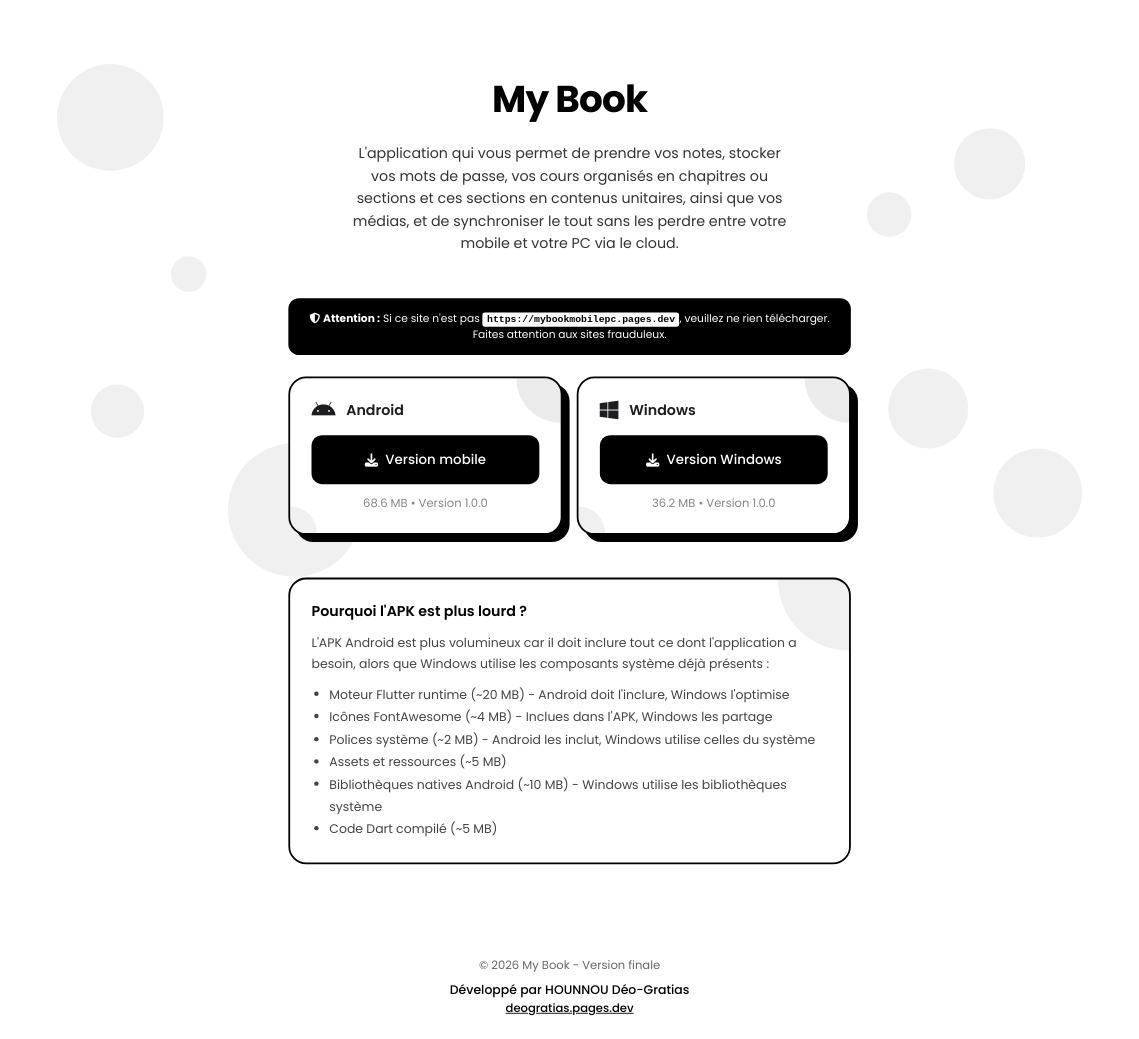
Repository: Deogratiasdev/app
Page: test.html
An editor plug-in stored every save of this project. The page is shown before and after the next save, followed by the edit.
The browser window is 1280 px wide. The pictures show the whole page, at 89% of full size.

Above is the page before, as saved 2026-04-12 00:24:17.

### test.html
<!DOCTYPE html>
<html lang="fr">
<head>
    <meta charset="UTF-8">
    <meta name="viewport" content="width=device-width, initial-scale=1.0">
    <title>My Book - Téléchargement</title>
    <link rel="preconnect" href="https://fonts.googleapis.com">
    <link rel="preconnect" href="https://fonts.gstatic.com" crossorigin>
    <link href="https://fonts.googleapis.com/css2?family=Poppins:wght@300;400;500;600;700&display=swap" rel="stylesheet">
    <link rel="stylesheet" href="https://cdnjs.cloudflare.com/ajax/libs/font-awesome/6.4.0/css/all.min.css">
    <style>
        * {
            margin: 0;
            padding: 0;
            box-sizing: border-box;
        }
        body {
            font-family: 'Poppins', sans-serif;
            background: #ffffff;
            color: #000000;
            line-height: 1.5;
            min-height: 100vh;
            display: flex;
            flex-direction: column;
        }
        .container {
            max-width: 680px;
            margin: 0 auto;
            padding: 80px 24px;
            flex: 1;
        }
        .header {
            text-align: center;
            margin-bottom: 48px;
        }
        .warning-box {
            background: #000000;
            border: 2px solid #000000;
            border-radius: 12px;
            padding: 12px 16px;
            margin-bottom: 24px;
            font-size: 12px;
            color: #ffffff;
            text-align: center;
            line-height: 1.5;
        }
        .warning-box code {
            background: #ffffff;
            color: #000000;
            padding: 2px 5px;
            border-radius: 3px;
            font-family: 'Courier New', monospace;
            font-size: 11px;
            font-weight: 600;
        }
        h1 {
            font-size: 42px;
            font-weight: 700;
            margin-bottom: 16px;
            letter-spacing: -1px;
            color: #000000;
        }
        .description {
            font-size: 16px;
            color: #333333;
            line-height: 1.6;
            max-width: 500px;
            margin: 0 auto;
        }
        .downloads {
            display: flex;
            flex-direction: column;
            gap: 16px;
            margin-bottom: 48px;
        }
        .download-card {
            background: #ffffff;
            border: 2px solid #000000;
            border-radius: 20px;
            padding: 24px;
            position: relative;
            overflow: hidden;
            transition: transform 0.3s ease;
            box-shadow: 8px 8px 0px #000000;
        }
        .download-card:hover {
            transform: translateY(-4px);
            box-shadow: 12px 12px 0px #000000;
        }
        .download-card::before {
            content: '';
            position: absolute;
            top: -50px;
            right: -50px;
            width: 100px;
            height: 100px;
            background: #000000;
            border-radius: 50%;
            opacity: 0.08;
        }
        .download-card::after {
            content: '';
            position: absolute;
            bottom: -30px;
            left: -30px;
            width: 60px;
            height: 60px;
            background: #000000;
            border-radius: 50%;
            opacity: 0.06;
        }
        .download-card-header {
            display: flex;
            align-items: center;
            margin-bottom: 16px;
        }
        .download-card-header i {
            font-size: 24px;
            margin-right: 12px;
            color: #1d1d1f;
        }
        .download-card-header h2 {
            font-size: 16px;
            font-weight: 600;
            color: #1d1d1f;
        }
        .download-btn {
            display: flex;
            align-items: center;
            justify-content: center;
            width: 100%;
            padding: 16px 24px;
            background: #000000;
            color: #ffffff;
            text-decoration: none;
            font-size: 15px;
            font-weight: 500;
            border: none;
            border-radius: 12px;
            transition: background 0.2s ease;
        }
        .download-btn:hover {
            background: #333333;
        }
        .download-btn i {
            margin-right: 8px;
        }
        .download-info {
            font-size: 13px;
            color: #86868b;
            margin-top: 12px;
            text-align: center;
        }
        .info-section {
            background: #ffffff;
            border: 2px solid #000000;
            border-radius: 20px;
            padding: 24px;
            position: relative;
            overflow: hidden;
        }
        .info-section::before {
            content: '';
            position: absolute;
            top: -80px;
            right: -80px;
            width: 160px;
            height: 160px;
            background: #000000;
            border-radius: 50%;
            opacity: 0.06;
        }
        .info-section h3 {
            font-size: 16px;
            font-weight: 600;
            color: #000000;
            margin-bottom: 12px;
        }
        .info-section p {
            font-size: 14px;
            color: #444444;
            line-height: 1.6;
            margin-bottom: 12px;
        }
        .info-section ul {
            font-size: 14px;
            color: #444444;
            line-height: 1.8;
            margin-left: 20px;
        }
        .footer {
            text-align: center;
            padding: 24px;
            font-size: 13px;
            color: #666666;
        }
        .footer a {
            color: #000000;
            text-decoration: underline;
            font-weight: 500;
            transition: color 0.2s ease;
        }
        .footer a:hover {
            color: #333333;
        }
        .author {
            margin-top: 8px;
            font-size: 14px;
            font-weight: 500;
            color: #000000;
        }

        /* Bulles figées en background */
        .bg-bubbles {
            position: fixed;
            top: 0;
            left: 0;
            width: 100%;
            height: 100%;
            pointer-events: none;
            z-index: -1;
            overflow: hidden;
        }
        .bg-bubbles .bubble {
            position: absolute;
            background: #000000;
            border-radius: 50%;
            opacity: 0.06;
        }
        .bg-bubbles .bubble:nth-child(1) { width: 120px; height: 120px; top: 10%; left: 5%; }
        .bg-bubbles .bubble:nth-child(2) { width: 80px; height: 80px; top: 20%; right: 10%; }
        .bg-bubbles .bubble:nth-child(3) { width: 60px; height: 60px; top: 60%; left: 8%; }
        .bg-bubbles .bubble:nth-child(4) { width: 100px; height: 100px; top: 70%; right: 5%; }
        .bg-bubbles .bubble:nth-child(5) { width: 40px; height: 40px; top: 40%; left: 15%; }
        .bg-bubbles .bubble:nth-child(6) { width: 150px; height: 150px; bottom: 10%; left: 20%; }
        .bg-bubbles .bubble:nth-child(7) { width: 50px; height: 50px; top: 30%; right: 20%; }
        .bg-bubbles .bubble:nth-child(8) { width: 90px; height: 90px; bottom: 30%; right: 15%; }
        @media (min-width: 768px) {
            .downloads {
                flex-direction: row;
            }
            .download-card {
                flex: 1;
            }
        }
    </style>
</head>
<body>
    <div class="bg-bubbles">
        <div class="bubble"></div>
        <div class="bubble"></div>
        <div class="bubble"></div>
        <div class="bubble"></div>
        <div class="bubble"></div>
        <div class="bubble"></div>
        <div class="bubble"></div>
        <div class="bubble"></div>
    </div>
    <div class="container">
        <div class="header">
            <h1>My Book</h1>
            <p class="description">L'application qui vous permet de prendre vos notes, stocker vos mots de passe, vos cours organisés en chapitres ou sections et ces sections en contenus unitaires, ainsi que vos médias, et de synchroniser le tout sans les perdre entre votre mobile et votre PC via le cloud.</p>
        </div>

        <div class="warning-box">
            <i class="fas fa-shield-alt"></i>
            <strong>Attention :</strong> Si ce site n'est pas <code>https://mybookmobilepc.pages.dev</code>, veuillez ne rien télécharger. Faites attention aux sites frauduleux.
        </div>

        <div class="downloads">
            <div class="download-card">
                <div class="download-card-header">
                    <i class="fab fa-android"></i>
                    <h2>Android</h2>
                </div>
                <a href="https://github.com/Deogratiasdev/app/raw/main/releases/MyBook.apk" download class="download-btn"><i class="fas fa-download"></i> Version mobile</a>
                <p class="download-info">68.6 MB • Version 1.0.0</p>
            </div>

            <div class="download-card">
                <div class="download-card-header">
                    <i class="fab fa-windows"></i>
                    <h2>Windows</h2>
                </div>
                <a href="https://github.com/Deogratiasdev/app/raw/main/releases/MyBook_Setup.exe" download class="download-btn"><i class="fas fa-download"></i> Version Windows</a>
                <p class="download-info">36.2 MB • Version 1.0.0</p>
            </div>
        </div>

        <div class="info-section">
            <h3>Pourquoi l'APK est plus lourd ?</h3>
            <p>L'APK Android est plus volumineux car il doit inclure tout ce dont l'application a besoin, alors que Windows utilise les composants système déjà présents :</p>
            <ul>
                <li>Moteur Flutter runtime (~20 MB) - Android doit l'inclure, Windows l'optimise</li>
                <li>Icônes FontAwesome (~4 MB) - Inclues dans l'APK, Windows les partage</li>
                <li>Polices système (~2 MB) - Android les inclut, Windows utilise celles du système</li>
                <li>Assets et ressources (~5 MB)</li>
                <li>Bibliothèques natives Android (~10 MB) - Windows utilise les bibliothèques système</li>
                <li>Code Dart compilé (~5 MB)</li>
            </ul>
        </div>
    </div>

    <div class="footer">
        © 2026 My Book - Version finale<br>
        <div class="author">Développé par HOUNNOU Déo-Gratias</div>
        <a href="https://deogratias.pages.dev" target="_blank">deogratias.pages.dev</a>
    </div>
</body>
</html>

After the next save:
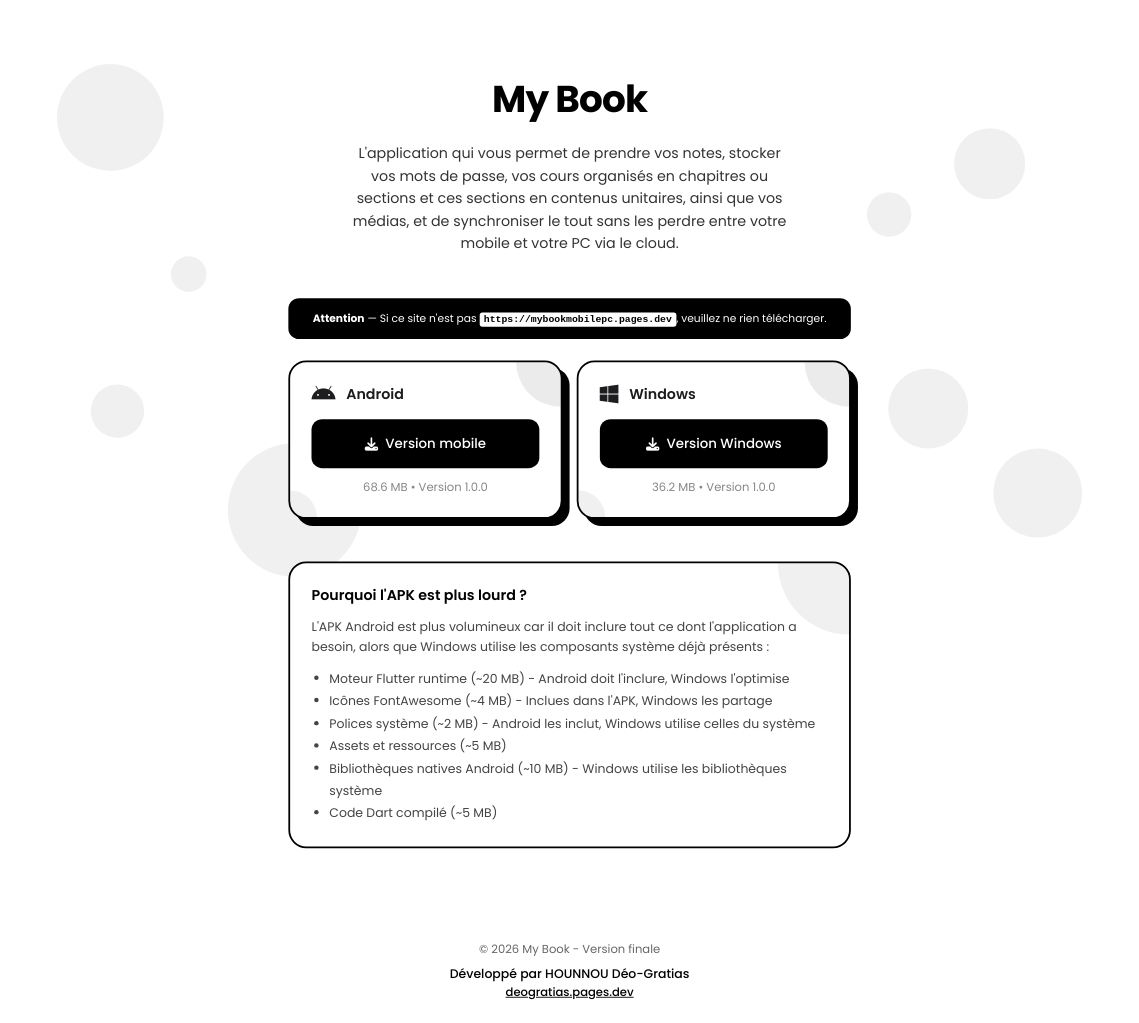
Saved 12 s later.
--- a/test.html
+++ b/test.html
@@ -263,8 +263,7 @@
         </div>
 
         <div class="warning-box">
-            <i class="fas fa-shield-alt"></i>
-            <strong>Attention :</strong> Si ce site n'est pas <code>https://mybookmobilepc.pages.dev</code>, veuillez ne rien télécharger. Faites attention aux sites frauduleux.
+            <strong>Attention</strong> — Si ce site n'est pas <code>https://mybookmobilepc.pages.dev</code>, veuillez ne rien télécharger.
         </div>
 
         <div class="downloads">
